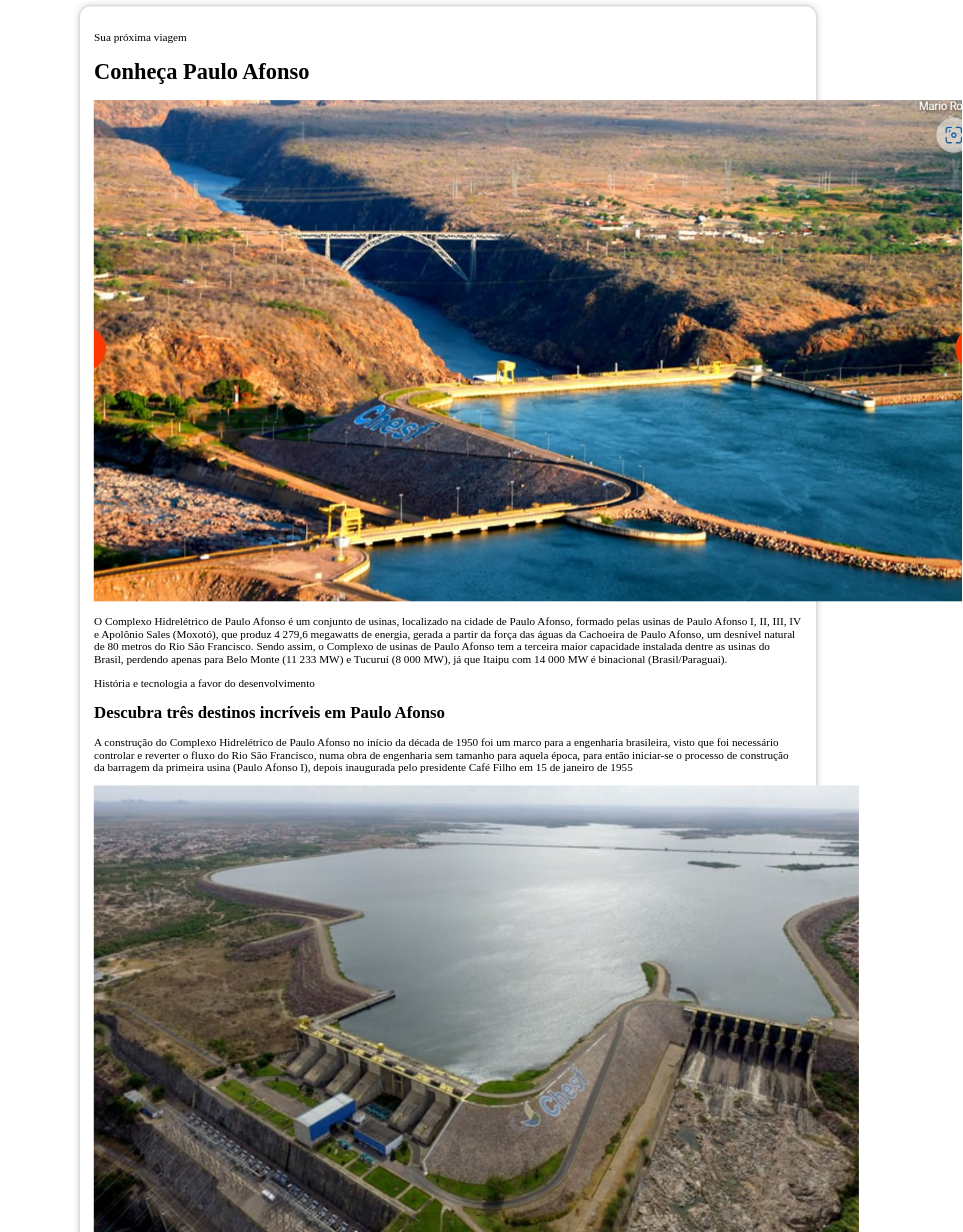
Repository: JeffRodFer/testeGitXGithub
Page: index.html
The author's editor kept a copy of each file at every save. The page is drawn from the files as they stood at one save, then again after the next save.
The browser window is 1280 px wide. The page is 1375 px wide, so the pictures cover 1375 px, including what lies to the right of the window. The pictures show the part of the page from y = 0 to 1760 px (the page is 3806 px tall), at 70% of full size.

Above is the page before, as saved 2025-03-15 20:57:08.

### index.html
<!DOCTYPE html>
<html lang="pt-br">
<head>
    <meta charset="UTF-8">
    <meta name="viewport" content="width=device-width, initial-scale=1.0">
    <title>Local Turístico</title>
    <link rel="stylesheet" href="style.css">

</head>
<body>
    <main class="page">
        <div>
            <p id="pred">Sua próxima viagem</p>
            <h1>Conheça Paulo Afonso</h1>
            <section>
                <img src="assets/main.jpg" alt="visão geral da hidroelêtrica">
                <p>O Complexo Hidrelétrico de Paulo Afonso é um conjunto de usinas, localizado na cidade de Paulo Afonso, formado pelas usinas de Paulo Afonso I, II, III, IV e Apolônio Sales (Moxotó), que produz 4 279,6 megawatts de energia, gerada a partir da força das águas da Cachoeira de Paulo Afonso, um desnível natural de 80 metros do Rio São Francisco. Sendo assim, o Complexo de usinas de Paulo Afonso tem a terceira maior capacidade instalada dentre as usinas do Brasil, perdendo apenas para Belo Monte (11 233 MW) e Tucuruí (8 000 MW), já que Itaipu com 14 000 MW é binacional (Brasil/Paraguai). </p>
            </section>
            <section>
                <p id="pred">História e tecnologia a favor do desenvolvimento</p>
                <h2>Descubra três destinos incríveis em Paulo Afonso</h2>
                <p>
                         A construção do Complexo Hidrelétrico de Paulo Afonso no início da década de 1950 foi um marco para a engenharia brasileira, visto que foi necessário controlar e reverter o fluxo do Rio São Francisco, numa obra de engenharia sem tamanho para aquela época, para então iniciar-se o processo de construção da barragem da primeira usina (Paulo Afonso I), depois inaugurada pelo presidente Café Filho em 15 de janeiro de 1955
                </p>
                <img src="assets/hidroele.jpg" alt="hidroelêtrica">
                <h3>1- Complexo Hidrelétrico de Paulo Afonso</h3>
                <p>
                     O Complexo Hidrelétrico de Paulo Afonso é composto pelas usinas hidrelétricas de Paulo Afonso I, II, III e IV. Localizada na Bahia e implantada no rio São Francisco, Paulo Afonso pertence à Companhia Hidro Elétrica do São Francisco (Eletrobras Chesf).
                </p>
                <P>Bom para: <br>
                   História</P>
            </section>
            <section>
                <img src="assets/aerea.jpg" alt="praias para banho as margens do Rio São Francisco">
                <h3>2- Praias para banho as margens do Rio São Francisco.</h3>
                <p>
                    Na zona urbana do município, a praia Canto das Águas, conhecida como Prainha de Glória; Na zona rural, além de várias serras, a praia do Bode Assado, as trilhas ecológicas e as agrovilas, onde é possível visitar os projetos agrícolas irrigados com as águas do Rio São Francisco.
                </p>
                <p>Bom para: <br>
                    Lazer</p>
            </section>
            <section>
                <img src="assets/rochasagua.jpg" alt="quedas d'agua nos canions do rio são francisco">
                <h3>3- Quedas d'água nos canions do Rio São Francisco.</h3>
                <p>
                    A região é conhecida como "O Canion da Água" e possui a maior quantidade de quedas d'água do mundo, com mais de 100 canions. A maior delas, o Canion de São Francisco, tem quase 100m de altura. Além de um estrutura com restaurantes e pousasdas que servem como ponto de partida para os turistas que fazem expedições pelo grande Rio São Francisco.
                </p>
                <p>Bom para: <br>
                    Turismo <br>
                    Lazer <br>
                    Aventura</p>
            </section>
            <p>Lorem ipsum dolor, sit amet consectetur adipisicing elit. Aspernatur tempore eum eveniet optio obcaecati sed mollitia porro, perspiciatis atque quae, fuga, praesentium itaque quibusdam corporis in eos repellat. Illo, qui.</p>

        </div>
    </main>
</body>
</html>

### style.css
body {
    background-color: white;

}

.page {
    width: 80%;
    margin: 0 auto;
    padding: 20px;
    background-color: white;
    border: 1px solid #ccc;
    border-radius: 16px;
    box-shadow: 0 0 10px #ccc;
}

p pred {
    color: red;
}

After the next save:
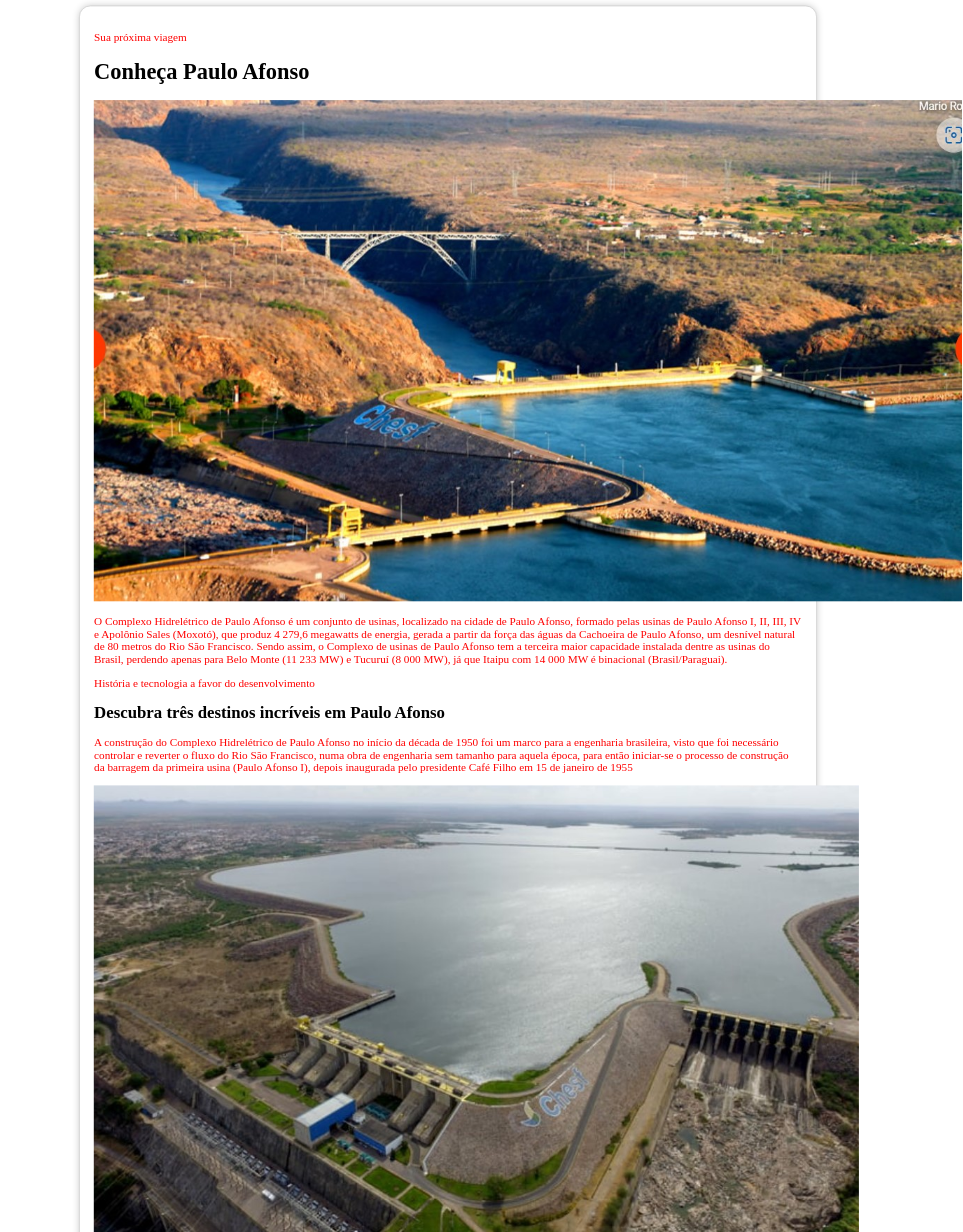
Saved 56 s later.
--- a/style.css
+++ b/style.css
@@ -13,6 +13,6 @@ body {
     box-shadow: 0 0 10px #ccc;
 }
 
-p pred {
+p {
     color: red;
 }
